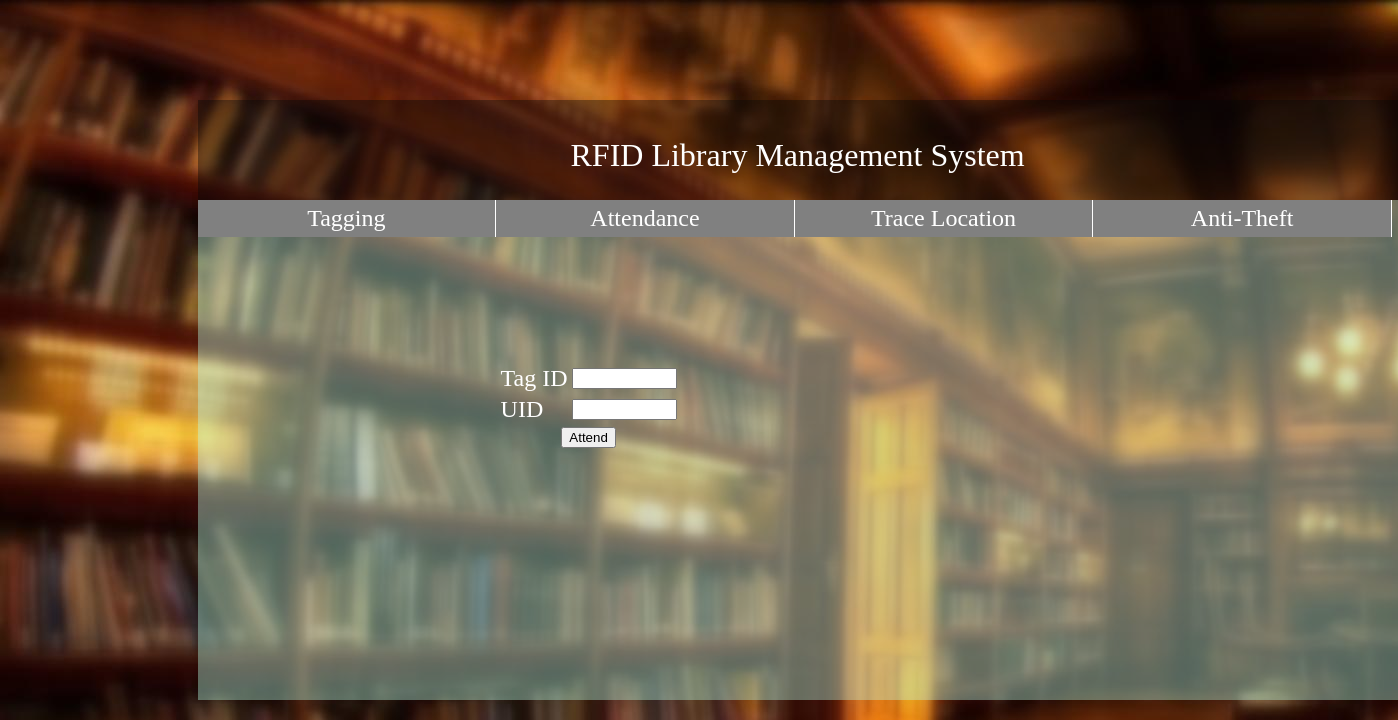
Repository: vigineshs/A-Smart-Data-Analyzer-for-Library-Management-System
Page: http://localhost/librarymgmt/attendance.jsp
These files come from the project's save history. The page is drawn as it stood at one moment and after the next save; the edit follows.
The browser window is 1280 px wide. The page is 1398 px wide, so the pictures cover 1398 px, including what lies to the right of the window. The pictures show the whole page.
The page is served by Tomcat 9.

Above is the page before, as saved 2013-02-11 14:44:57.

After the next save:
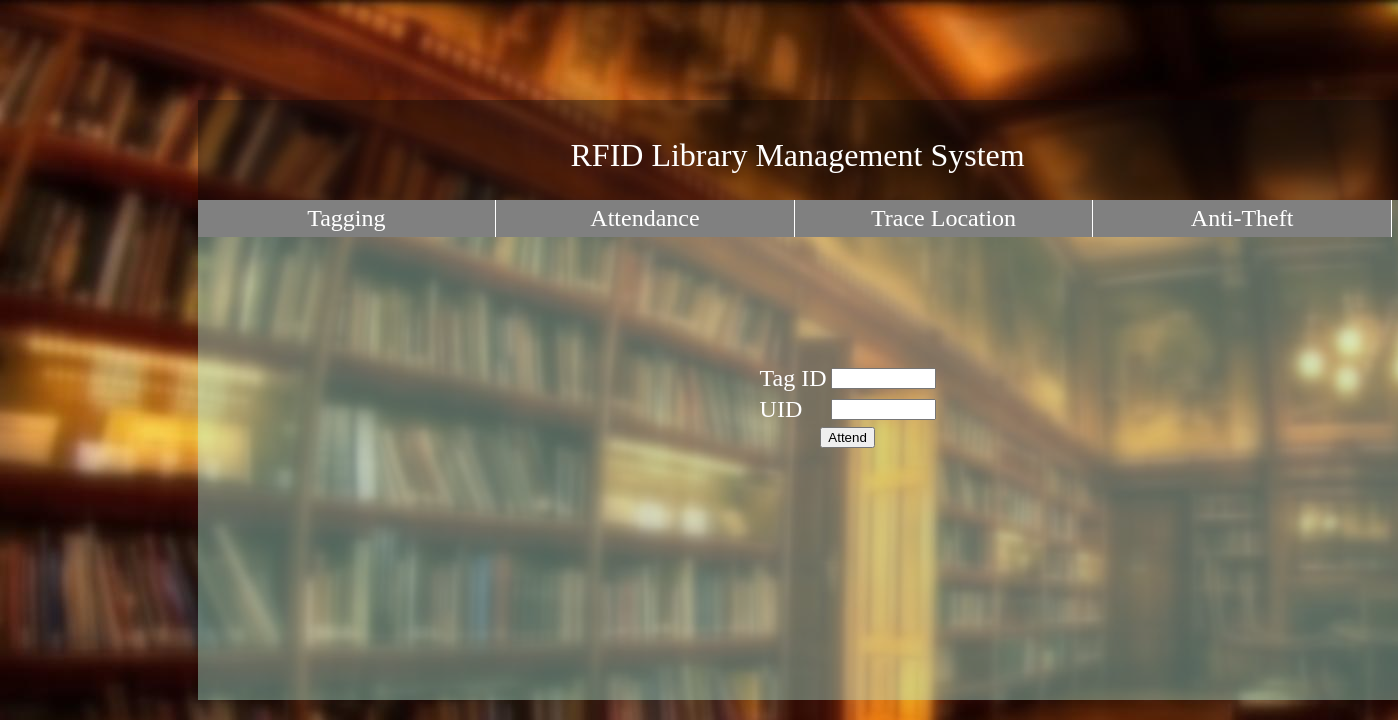
Saved 20 s later.
--- a/PassiveRFID/CS203-Version 1.0.6/Demo Applications/Dot Net C#/Demo Applications Source Code/RFID/librarymgmt/WebContent/attendance.jsp
+++ b/PassiveRFID/CS203-Version 1.0.6/Demo Applications/Dot Net C#/Demo Applications Source Code/RFID/librarymgmt/WebContent/attendance.jsp
@@ -25,7 +25,7 @@ RFID Library Management System
 
 	</div>
 	<div id="rcon">
-	<form method=POST action="http://localhost:8080/librarymgmt/Attendance" onsubmit="return validateForm()" name=f1>
+	<center><form method=POST action="http://localhost:8080/librarymgmt/Attendance" onsubmit="return validateForm()" name=f1>
 	<br/><br/><br/><br/>
 <table>
 <tr><td>Tag ID</td><td><input type=text size=10 name=btag /></td></tr>
@@ -33,7 +33,7 @@ RFID Library Management System
 
 <tr><td colspan="2"><center><input type=submit value=Attend /></center></td></tr>
 </table>
-</form>
+</form></center>
 	</div>
 </div>
 </div></div>
